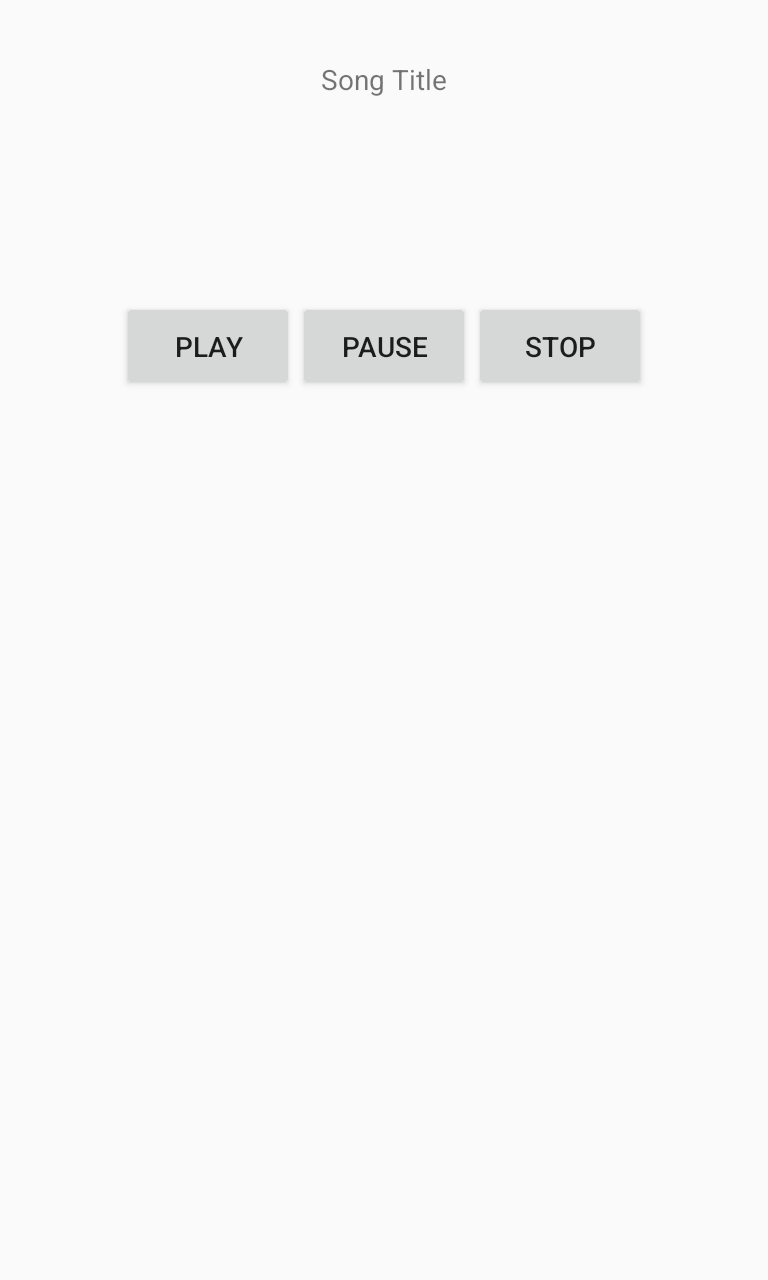
Repository: JoanneCaroll/AudioPlayer
Layout: AudioPlayer/res/layout/activity_audio_player.xml
An editor plug-in stored every save of this project. The layout is shown before and after the next save, followed by the edit.
It is drawn on a 768 x 1280 px phone screen (xhdpi) without system bars, with theme AppTheme; the app's code is not run.

Above is the layout before, as saved 2014-10-29 01:33:41.

After the next save:
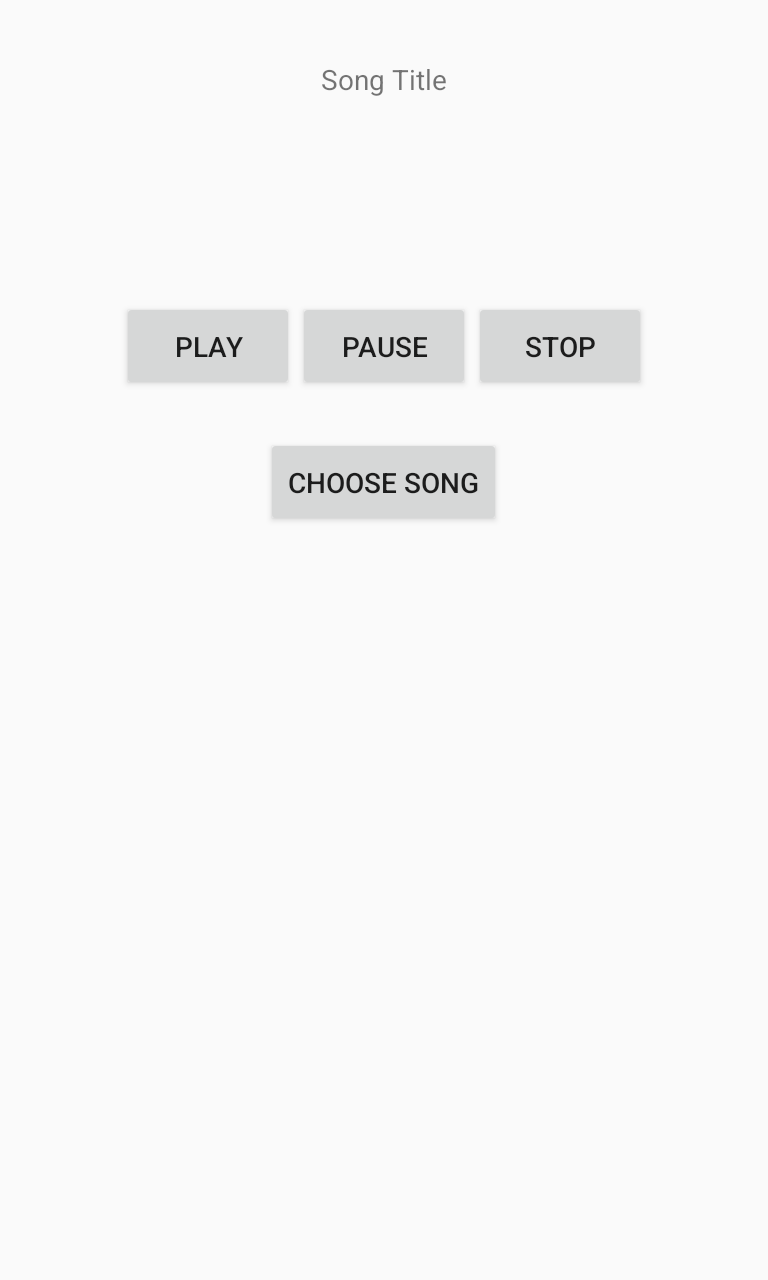
Saved 3 min 17 s later.
--- a/AudioPlayer/res/layout/activity_audio_player.xml
+++ b/AudioPlayer/res/layout/activity_audio_player.xml
@@ -16,7 +16,8 @@
         android:layout_width="match_parent"
         android:layout_height="wrap_content"
         android:gravity="center"
-        android:paddingTop="100dp">
+        android:paddingTop="100dp"
+        android:paddingBottom="20dp">
 	<Button
 	    android:id="@+id/playButton"
 	    android:layout_width="wrap_content"
@@ -36,4 +37,11 @@
 	    android:text="@string/stop"
 	    />
 	</LinearLayout>
+
+    <Button
+        android:id="@+id/chooseSong"
+        android:layout_width="wrap_content"
+        android:layout_height="wrap_content"
+        android:layout_gravity="center"
+        android:text="Choose Song"/>
 </LinearLayout>
